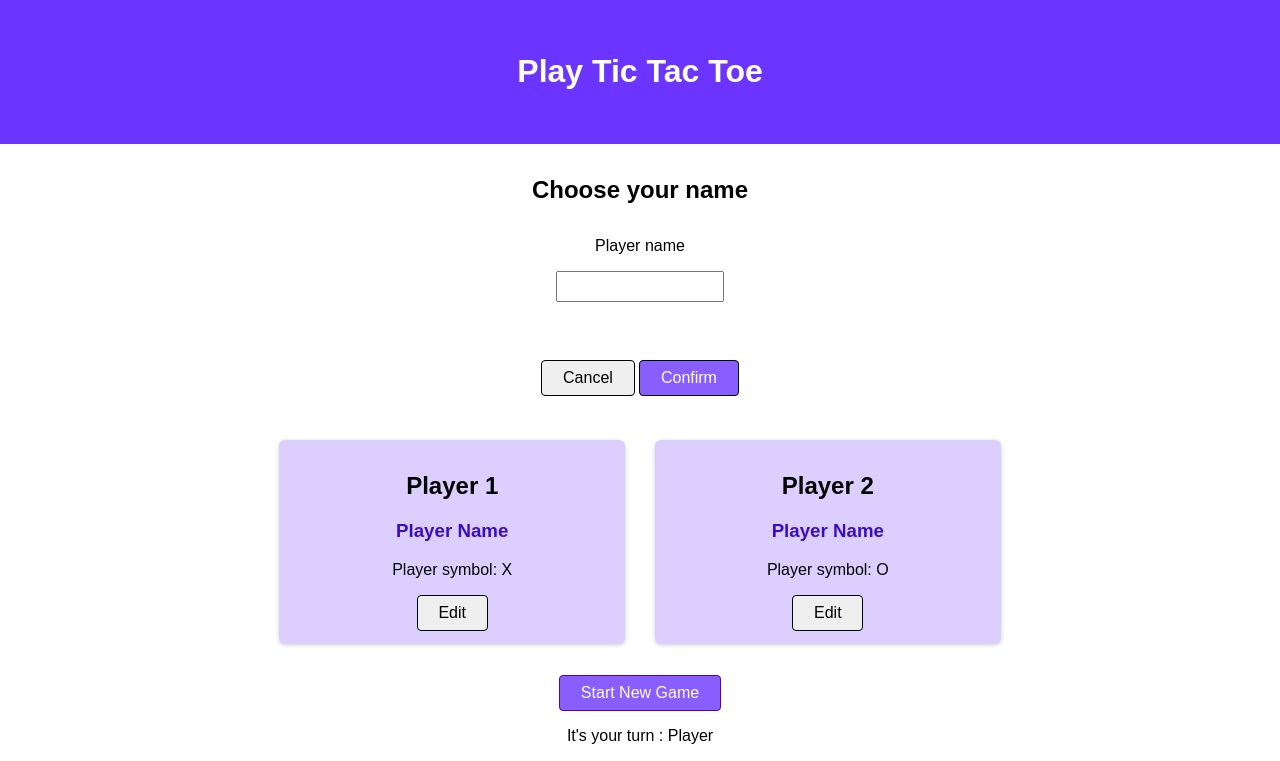
Repository: Harjot00/Wevdev
Page: Tic tac toe/index.html
The author's editor kept a copy of each file at every save. The page is drawn from the files as they stood at one save, then again after the next save.
The browser window is 1280 px wide. The pictures show the whole page.
Some web fonts or font styles are not loaded; a fallback is used.

Above is the page before, as saved 2022-05-21 23:03:41.

### Tic tac toe/index.html
<!DOCTYPE html>
<html lang="en">
<head>
    <meta charset="UTF-8">
    <meta http-equiv="X-UA-Compatible" content="IE=edge">
    <meta name="viewport" content="width=device-width, initial-scale=1.0">
    <link rel="stylesheet" href="styles.css">
    <link href="https://fonts.googleapis.com/css2?family=Roboto:wght@100&family=Send+Flowers&display=swap" rel="stylesheet">
    <title>Tic Tac Toe</title>
    <script src="app.js"></script>

</head>
<body>
    <header>
        <h1>Play Tic Tac Toe</h1>

    </header>
    <main>
        <aside>
            <h2>Choose your name</h2>
            <form >
                <div>
                    <label for = "playername">Player name</label>
                    <input type="text" name="username" id="username"/>

                </div>
                <div >
                    <button id="cancel-btn" class="btn-class"  type="button"> Cancel</button>
                    <button class="btn-class" id="confirm-btn" type="submit">Confirm</button>
                </div>
            </form>
        </aside>

        <div id="gamestyle">
            <ol>
                <li>
                    <h2>Player 1</h2>
                    <h3>Player Name</h3>
                    <p>Player symbol: X</p>
                    <button class="btn-class">Edit</button>
                </li>
                <li>
                    <h2>Player 2</h2>
                    <h3>Player Name</h3>
                    <p>Player symbol: O</p>
                    <button class="btn-class">Edit</button>
                </li>
            </ol>
            <button id="start-btn">Start New Game</button>
        </div>
         <section id="active-game">
             <div id="game-over">
                <h2>You won Player</h2>
                <p>click "Start New Game" above, to start a new game. </p>
             </div>
             <p >It's your turn : Player</p>
             <ol class="game-board">
                 <li></li>
                 <li></li>
                 <li></li>
                 <li></li>
                 <li></li>
                 <li></li>
                 <li></li>
                 <li></li>
                 <li></li>
             </ol>
         </section>
    </main>

</body>
</html>

### Tic tac toe/styles.css
@import url('https://fonts.googleapis.com/css2?family=Roboto:wght@100&family=Send+Flowers&display=swap');
body{
    font-family: 'Montserrat', sans-serif;
    margin: 0;
    padding: 0;
}
header{
    background-color: #6b35ff;
    margin:0 0 2rem 0;
    padding: 2rem 0;
    color:white;
    text-align: center;
}
aside {
    text-align: center;
    width:100%;
    height:100%;
    color:black;
    display:absolute;
    top:0;
    left:0;

}
aside div{
    text-align: center;
    margin:1rem auto;
    padding:0.8rem;
    background-color:white;
    border-radius: 6px;
    width:25%;
}

aside div h2{
    margin:0.7rem 0;
}
aside div input {
    display:block;
    margin:1rem auto;
    height:1.6rem;
    width:50%;
}
.btn-class{
    padding:0.5rem 1.3rem;
    font-size:1rem;
    border:1px solid black;
    border-radius: 4px;
}

#btn-div button:hover{
    background-color: #895eff;
    color:white;
    border-color: #441daf;
    cursor: pointer;
}
#cancel-btn:hover{
    cursor: pointer;
    background-color:#ac8eff;
    color: white;
}
#confirm-btn{
    background-color: #895eff;
    color:white;
}
#confirm-btn:hover{
    cursor: pointer;
    background-color:#6831ff;
    color: white;
}
#gamestyle ol{
    display:flex;
    list-style: none;
    padding:0px;
    justify-content: center;
}
#gamestyle li{
    padding:0.8rem;
    margin: 15px;
    width:25%;
    background-color: #dccfff;
    text-align:center;
    border-radius: 6px;
    box-shadow: rgba(0, 0, 0, 0.2) 0px 1px 4px;

}
#gamestyle li h3{
    color:#3c0cc0;
}
#start-btn{
    padding:0.5rem 1.3rem;
    font-size:1rem;
    border:1px solid rgb(96, 0, 148);
    border-radius: 4px;
    background-color:#895eff;
    color:white;
    margin:0 auto;
    display:block;


}
#start-btn:hover{
    cursor: pointer;
    background-color:#6430f4;
}
#game-over{
    width:45%;
    margin:25px auto;
    background-color:#160052;
    padding:20px 0px;
    color:white;
    display:none;
}
.game-board{
    list-style: none;
    display:grid;
    grid-template-columns: repeat(3,100px);
    grid-template-rows: repeat(3,100px);
    justify-content: center;
    padding:0;
    gap:6px;
    margin:25px 0;
    display: none;
}
.game-board li {
    background-color:#ad8fff;
}
.game-board li:hover{
    background-color:#6c36ff;
}
section{
    text-align: center;
}
@media only screen and (max-width: 600px){
    #gamestyle li{
         width:30%;}
}

Loaded but not shown: Tic tac toe/app.js (no copy from this time; the picture is the same without it)

After the next save:
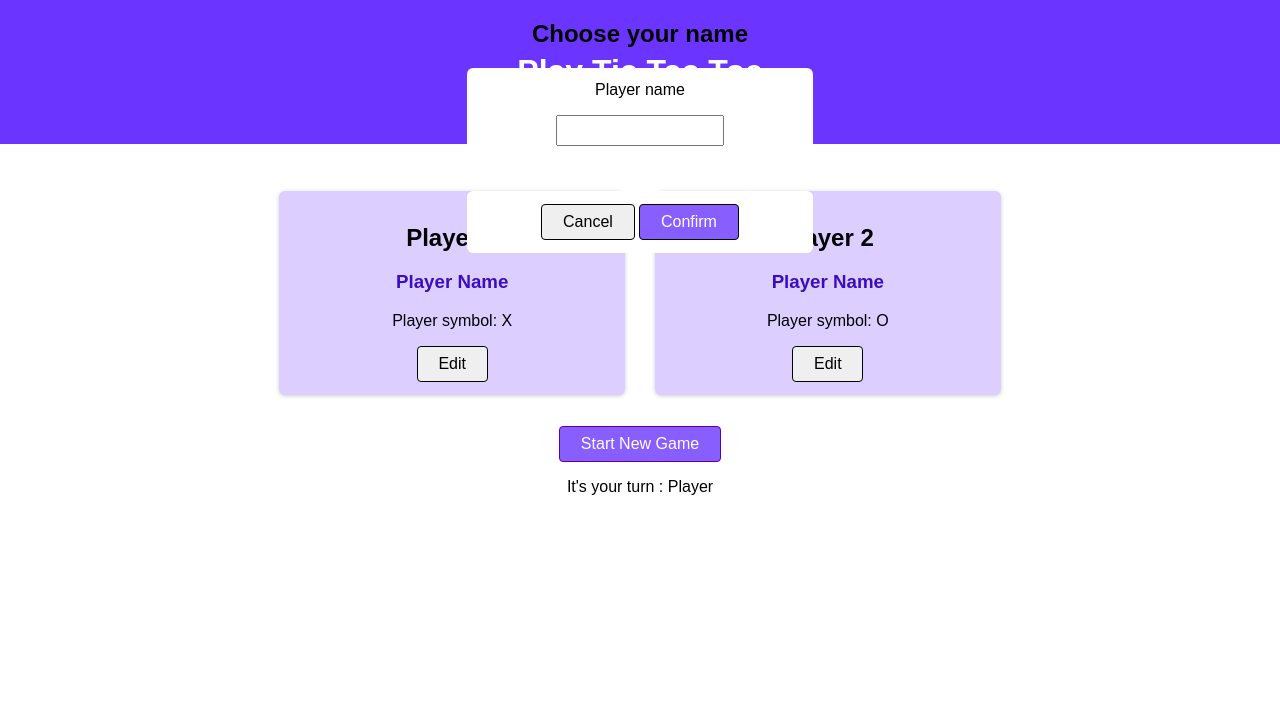
Saved 41 s later.
--- a/Tic tac toe/styles.css
+++ b/Tic tac toe/styles.css
@@ -16,7 +16,7 @@ aside {
     width:100%;
     height:100%;
     color:black;
-    display:absolute;
+    position:absolute;
     top:0;
     left:0;
 
